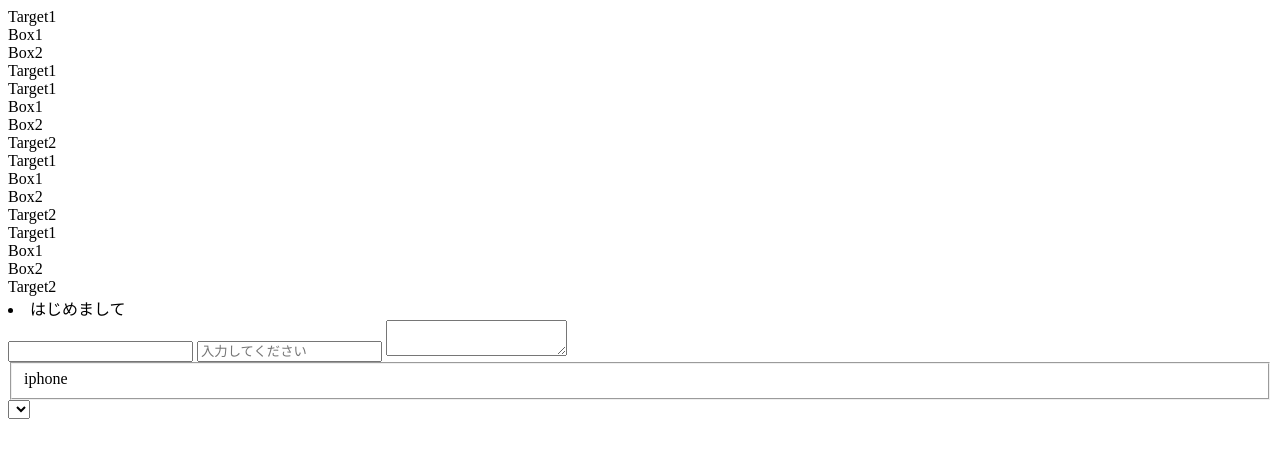
Repository: wairoku/suretigai1
Page: jack.html
The author's editor kept a copy of each file at every save. The page is drawn from the files as they stood at one save, then again after the next save.
The browser window is 1280 px wide. The pictures show the whole page.

Above is the page before, as saved 2019-01-02 18:59:52.

After the next save:
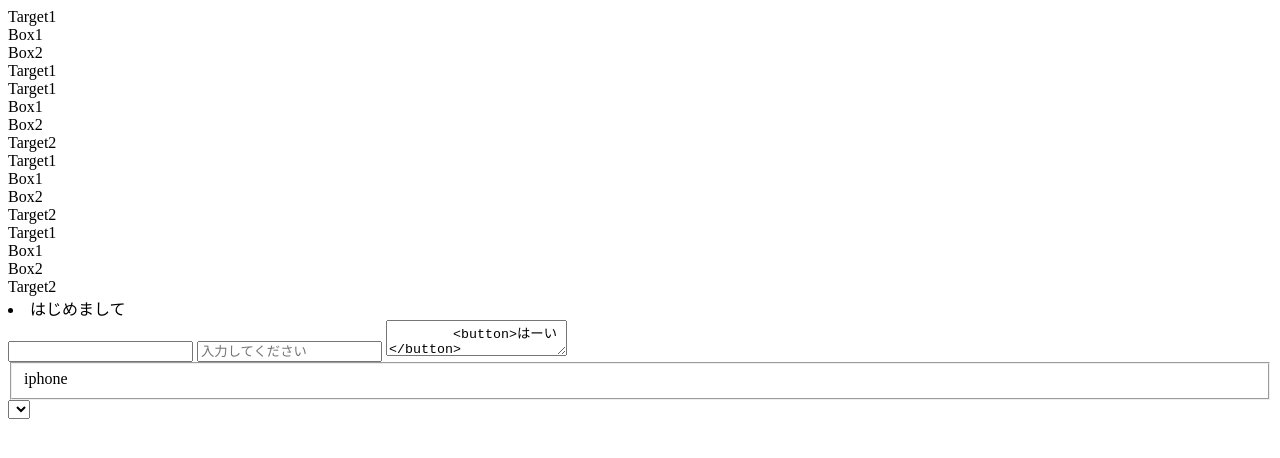
Saved 9 min 32 s later.
--- a/jack.html
+++ b/jack.html
@@ -32,10 +32,12 @@
 
 
     <input type="password">
-
+    <!--comment -->
     <input type="text" placeholder="入力してください">
 
-    <textarea></textarea>
+    <textarea>
+        <button>はーい</button>
+    </textarea>
 
 
 
